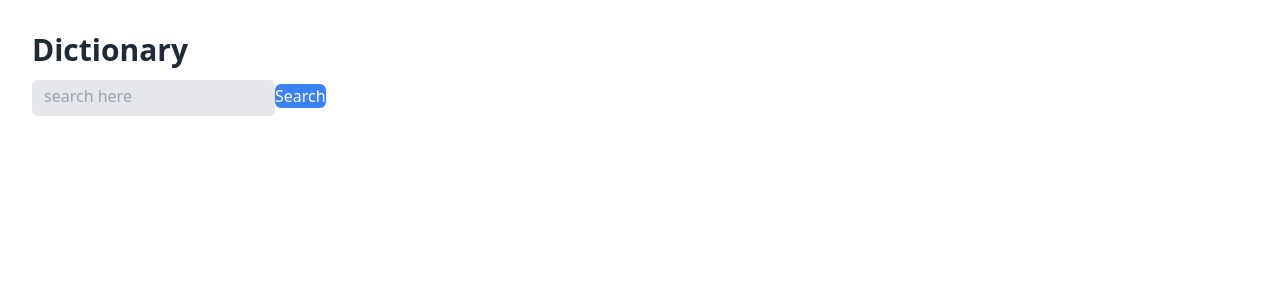
Repository: imokha01/dictionary-app
Page: /
The author's editor kept a copy of each file at every save. The page is drawn from the files as they stood at one save, then again after the next save.
The browser window is 1280 px wide. The pictures show the whole page.
The project was rebuilt for these pictures with package versions that can differ from the ones it lists, and the page was loaded fresh each time. Also part of the build but not shown: vite.config.js, src/App.css.

Above is the page before, as saved 2024-02-19 10:55:20.

After the next save:
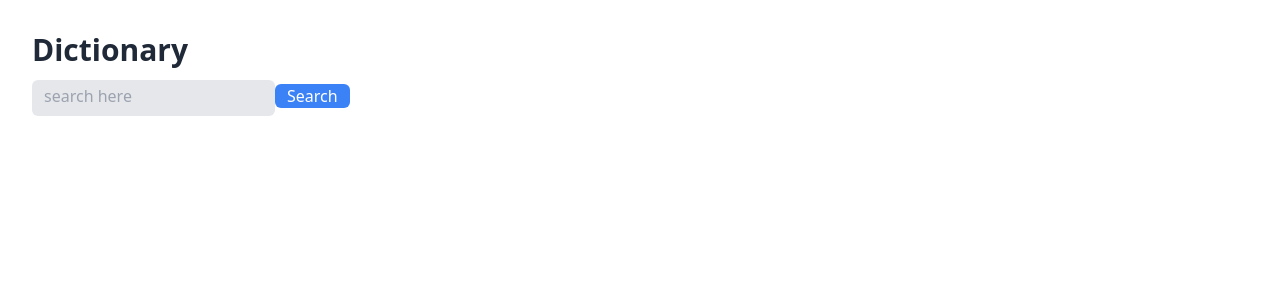
Saved 7 s later.
--- a/src/pages/Home.jsx
+++ b/src/pages/Home.jsx
@@ -6,7 +6,7 @@ const Home = () => {
                 <h1 className="text-3xl  font-semibold">Dictionary</h1>
                 <div>
                     <input className="bg-gray-200 rounded-md h-9 pl-3 pb-1" type="text" placeholder="search here" />
-                    <button className="bg-blue-500 text-white rounded-md ">Search</button>
+                    <button className="bg-blue-500 text-white rounded-md px-3 ">Search</button>
                 </div>
             </div>
         </div>
